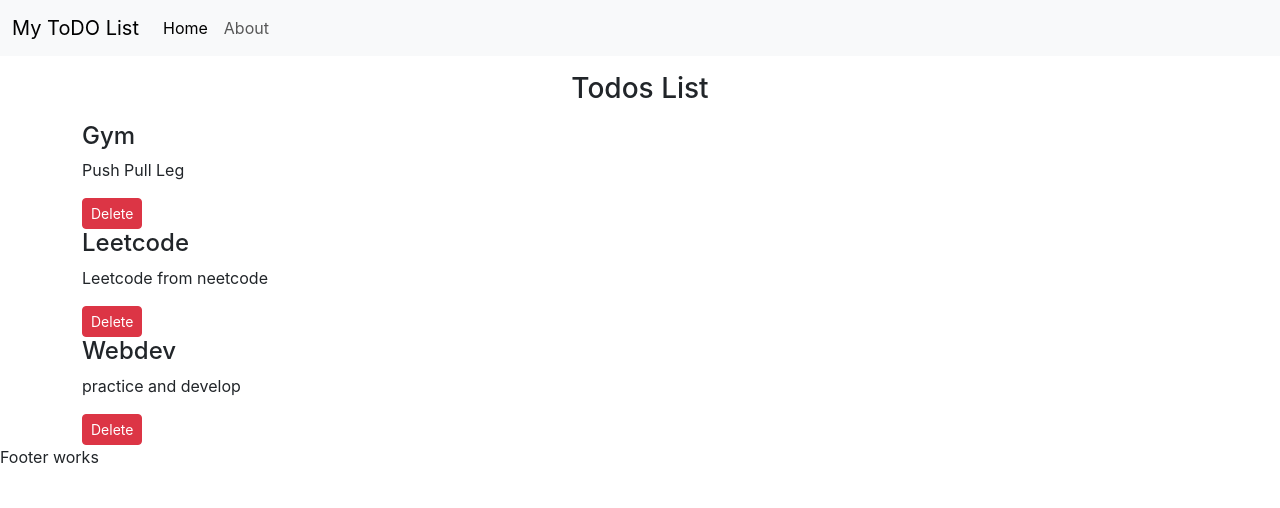
Repository: AshwinUgale/ToDoList
Page: /
The author's editor kept a copy of each file at every save. The page is drawn from the files as they stood at one save, then again after the next save.
The browser window is 1280 px wide. The pictures show the whole page.
The project was rebuilt for these pictures with package versions that can differ from the ones it lists, and the page was loaded fresh each time. Also part of the build but not shown: src/App.css.

Above is the page before, as saved 2024-12-21 16:46:02.

After the next save:
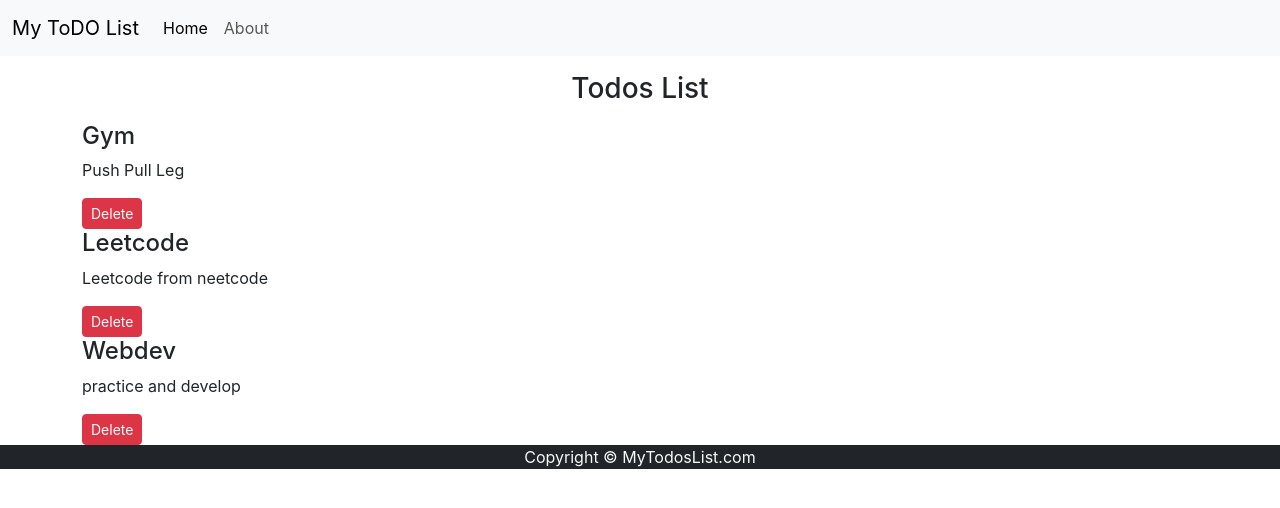
Saved 4 min 31 s later.
--- a/src/MyComponents/Footer.js
+++ b/src/MyComponents/Footer.js
@@ -2,8 +2,10 @@ import React from 'react'
 
 export const Footer = () => {
   return (
-    <div>
-        Footer works
+    <div className='bg-dark text-light'>
+        <p className='text-center'>
+          Copyright &copy; MyTodosList.com
+        </p>
     </div>
   )
 }
